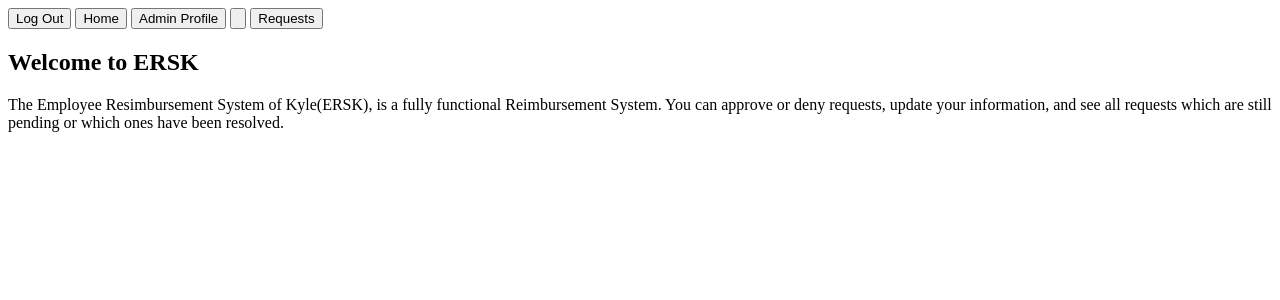
Repository: 1807-mehrab/project-1-KyleAButterfield
Page: ERSK/ERSK/src/main/webapp/ManagerHomePage.html
The author's editor kept a copy of each file at every save. The page is drawn from the files as they stood at one save, then again after the next save.
The browser window is 1280 px wide. The pictures show the whole page.

Above is the page before, as saved 2018-07-31 16:33:06.

### ERSK/ERSK/src/main/webapp/ManagerHomePage.html
<!DOCTYPE html>
<html>
<head>
<meta charset="ISO-8859-1">
<title>ERSK-Home Page</title>
	<div>
	<input type="button" onClick="AdminLogout()" value="Log Out">
	<input type="button" onClick="HomePage()" value="Home">
	 <input type="button" onClick ="GetInfo()" value="Admin Profile">
	 <input type="button" onClick="GetAllEmployees()" value "List Employees">
	<input type="button" onClick="LoadAdminRequestPage()" value="Requests">
	</div>
	<script src="Adminfunctions.js"></script>
</head>
<body>
	<div id="body">
	<h2>Welcome to ERSK</h2>
	<p>The Employee Resimbursement System of Kyle(ERSK), is a fully functional Reimbursement System.
	 You can approve or deny requests, update your information,  and see all requests which are still pending
	 or which ones have been resolved.   </p>

	</div>
	<div id="lower">
	</div>

</body>

</html>

### ERSK/ERSK/src/main/webapp/Adminfunctions.js
function login(){
	let xhr = new XMLHttpRequest();
	xhr.onreadystatechange = function(){
		if(this.readyState == 4 && this.status == 200){
			let result = JSON.parse(xhr.responseText).result;
			window.location = "http//localhost:8888/ERSK/EmployeeHomePage.html";
		}
	}
	let username = document.getElementById("username").elements.item(0).value;
	let password = document.getElementById("password").elements.item(1).value;
	xhr.open('POST', 'http://localhost:8888/ERSK/Login');
	let json = JSON.stringify({
		username : username,
		pasword : password
	});
	xhr.send(json);
}
function AdminLogout(){
	window.location = 'http://localhost:8888/ERSK/adminLogout';

}

function ViewAllEmployees(){
	let xhr = new XMLHttpRequest();
	xhr.onreadystatechange = function(){
		if(this.readyState == 4 && this.status == 200){
			let result = JSON.parse(xhr.responseText);
			let employees = result[0];
			let managers = result[1];
			console.log(employees);
			console.log(managers);
		}
	}
	xhr.open('POST','http://localhost:8888/ERSK/getAllEmployees');
	xhr.send();
}

function GetInfo(){
	let xhr = new XMLHttpRequest();
	xhr.onreadystatechange = function(){
		if(this.readyState == 4 && this.status == 200){
			let result = JSON.parse(xhr.responseText);
			let address = result.address;
			let phone = result.phone;
			document.getElementById('body').innerHTML=`
			<H1> This is your info </H1>
			<p>Address `+address+`</p>
			<p>Phone -`+phone+ `</p>
			<div>
			<input type="button" onClick="ToUpdateInfo()" value="Update Info">
			</div>`

		}
	}
	xhr.open('POST', 'http://localhost:8888/ERSK/getAdminInfo');
	xhr.send();

}
function ToUpdateInfo(){
	document.getElementById('body').innerHTML=`
		<H1>Please Update your information.
		 Only put numerical values for your phone number</H2>
		 <form id="infoForm">
		 <label>Address</label>
		<input type="text" name ="address">
		<br>
		<label>Phone</label>
		<input type="number" name="phone number">
		<div>
			<input type="button" onClick="UpdateInfo()" value="Update Info">
		</div>
		</form>`
}
function UpdateInfo(){
	let xhr = new XMLHttpRequest();
	xhr.onreadystatechange = function(){
	if(this.readyState == 4 && this.status == 200){
		GetInfo();
		}
	}
	let address = document.getElementById('infoForm').elements.item(0).value;
	let phone = document.getElementById('infoForm').elements.item(1).value;
	let json = JSON.stringify({
		address : address,
		phone : phone,
		adminID: 0
	});
	xhr.open('POST', 'http://localhost:8888/ERSK/updateAdminInfo')
	xhr.send(json);
}
function HomePage(){
	document.getElementById('body').innerHTML=`
	<h2>Welcome to ERSK</h2>
	<p>The Employee Resimbursement System of Kyle(ERSK), is a fully function Reimbursement System.
	 You can add requests, update your information, upload an image to your requests and see which are still pending
	 or which ones have been resolved.   </p>`
}

function LoadAdminRequestPage(){
	document.getElementById('body').innerHTML = `
	<h3>From here you can view all requests of every user, all pending, denied or resolved requests.
	For look up requests based off of an Employees ID</h3>
	<div>
	   <input type="button" onClick="LoadAllRequests()" value="View All">
	   <input type="button" onClick="LoadAllPendingRequests()" value="View Pending">
	   <input type="button" onClick="LoadAllDeniedRequests()" value="View Denied">
       <input type="button" onClick="LoadAllResolvedRequests()" value="View Resolved">
	   <input type="button" onClick="SearchSpecific()" value="Search By ID">
	</div>`;
}

function LoadAllRequests(){
	let xhr = new XMLHttpRequest();
	xhr.onreadystatechange = function(){
		if (this.readyState == 4 && this.status == 200) {
			 var ticketlist = ``;
	           var tickets = JSON.parse(xhr.responseText);
	           //console.log(ticket[1]);

	           // this is not working into a table.
	           for (var i=0; i<tickets.length; i++) {
	        	   let json = JSON.stringify({
	        			requestID : tickets[i].requestID,
	        			description : tickets[i].description,
	        			amount : tickets[i].amount,
	        			status : tickets[i].status,
	        			userId : tickets[i].userId
	        		});
	        	   if(tickets[i].status === "Pending"){

	        		   ticketlist += `
			               <tr>
			                   <td>${tickets[i].requestID}</td>
			                   <td>${tickets[i].description}</td>
			                   <td>$ ${tickets[i].amount}</td>
			                   <td>${tickets[i].status}</td>
			                   <td>${tickets[i].userId}</td>
			                   <td><button type="button" onClick='TakeAction(${json})'>Take Action</button></td>
			               </tr>`;
	        	   }else{
	        		   ticketlist += `
	    	               <tr>
	    	                   <td>`+tickets[i].requestID+`</td>
	    	                   <td>`+tickets[i].description+`</td>
	    	                   <td>$ `+tickets[i].amount+`</td>
	    	                   <td>`+tickets[i].status+`</td>
	    	                   <td>`+tickets[i].userId+`</td>
	    	               </tr>`;
	        	   }
	           }
	           document.getElementById('body').innerHTML =
	           `<table class="table table-striped">
	               <caption>Your Reimbursements Requests:</caption>
	               <thead>
	                   <th>Request Id</th>
	                   <th>Description</th>
	                   <th>Amount</th>
	                   <th>Status</th>
	                   <th>User Id</th>
	                   <th>Action</th>
	                   <th>Image</th>
	               </thead>
	               <tbody>`
	               +ticketlist+
	               `</tbody>
	           </table>
	           	<div>
	               <input type="button" onClick="LoadAllRequests()" value="View All">
	               <input type="button" onClick="LoadAllPendingRequests()" value="View Pending">
	               <input type="button" onClick="LoadAllDeniedRequests()" value="View Denied">
	               <input type="button" onClick="LoadAllResolvedRequests()" value="View Resolved">
	               <input type="button" onClick="SearchSpecific()" value="Search By ID">
	            </div>`;
		}

	}
	xhr.open('POST','http://localhost:8888/ERSK/getEveryRequest');
	xhr.send();
}

function LoadAllPendingRequests(){
	let xhr = new XMLHttpRequest();
	xhr.onreadystatechange = function(){
		if (this.readyState == 4 && this.status == 200) {
			 var ticketlist = ``;
	           var tickets = JSON.parse(xhr.responseText);
	           //console.log(ticket[1]);

	           // this is not working into a table.
	           for (var i=0; i<tickets.length; i++) {
	        	   let json = JSON.stringify({
	        			requestID : tickets[i].requestID,
	        			description : tickets[i].description,
	        			amount : tickets[i].amount,
	        			status : tickets[i].status,
	        			userId : tickets[i].userId
	        		});

		        	   ticketlist += `
			               <tr>
			                   <td>${tickets[i].requestID}</td>
			                   <td>${tickets[i].description}</td>
			                   <td>$ ${tickets[i].amount}</td>
			                   <td>${tickets[i].status}</td>
			                   <td>${tickets[i].userId}</td>
			                   <td><button type="button" onClick='TakeAction(${json})'>Take Action</button></td>
			               </tr>`;



	           }
	           document.getElementById('body').innerHTML =
	           `<table class="table table-striped">
	               <caption>Your Reimbursements Requests:</caption>
	               <thead>
	        	   	   <th>Request Id</th>
	                   <th>Description</th>
	                   <th>Amount</th>
	                   <th>Status</th>
	                   <th>User Id</th>
	                   <th>Image</th>
	               </thead>
	               <tbody>`
	               +ticketlist+
	               `</tbody>
	           </table>
	           	<div>
	               <input type="button" onClick="LoadAllRequests()" value="View All">
	               <input type="button" onClick="LoadAllPendingRequests()" value="View Pending">
	               <input type="button" onClick="LoadAllDeniedRequests()" value="View Denied">
	               <input type="button" onClick="LoadAllResolvedRequests()" value="View Resolved">
	               <input type="button" onClick="SearchSpecific()" value="Search By ID">
	            </div>`;
		}

	}
	xhr.open('POST','http://localhost:8888/ERSK/getEveryPendingRequest');
	xhr.send();
}

function LoadAllDeniedRequests(){
	let xhr = new XMLHttpRequest();
	xhr.onreadystatechange = function(){
		if (this.readyState == 4 && this.status == 200) {
			 var ticketlist = ``;
	           var tickets = JSON.parse(xhr.responseText);
	           //console.log(ticket[1]);

	           // this is not working into a table.
	           for (var i=0; i<tickets.length; i++) {
	               ticketlist += `
	               <tr>
	                   <td>`+tickets[i].requestID+`</td>
	                   <td>`+tickets[i].description+`</td>
	                   <td>$ `+tickets[i].amount+`</td>
	                   <td>`+tickets[i].status+`</td>
	                   <td>`+tickets[i].userId+`</td>
	               </tr>`;
	                console.log(tickets[i]);
	           }
	           document.getElementById('body').innerHTML =
	           `<table class="table table-striped">
	               <caption>Your Reimbursements Requests:</caption>
	               <thead>
	                   <th>Request Id</th>
	                   <th>Description</th>
	                   <th>Amount</th>
	                   <th>Status</th>
	                   <th>User Id</th>
	                   <th>Image</th>
	               </thead>
	               <tbody>`
	               +ticketlist+
	               `</tbody>
	           </table>
	           	<div>
	               <input type="button" onClick="LoadAllRequests()" value="View All">
	               <input type="button" onClick="LoadAllPendingRequests()" value="View Pending">
	               <input type="button" onClick="LoadAllDeniedRequests()" value="View Denied">
	               <input type="button" onClick="LoadAllResolvedRequests()" value="View Resolved">
	               <input type="button" onClick="SearchSpecific()" value="Search By ID">
	            </div>`;
		}

	}
	xhr.open('POST','http://localhost:8888/ERSK/getEveryDeniedRequest');
	xhr.send();
}

function LoadAllResolvedRequests(){
	let xhr = new XMLHttpRequest();
	xhr.onreadystatechange = function(){
		if (this.readyState == 4 && this.status == 200) {
			 var ticketlist = ``;
	           var tickets = JSON.parse(xhr.responseText);
	           //console.log(ticket[1]);

	           // this is not working into a table.
	           for (var i=0; i<tickets.length; i++) {
	               ticketlist += `
	               <tr>
	                   <td>`+tickets[i].requestID+`</td>
	                   <td>`+tickets[i].description+`</td>
	                   <td>$ `+tickets[i].amount+`</td>
	                   <td>`+tickets[i].status+`</td>
	                   <td>`+tickets[i].userId+`</td>
	               </tr>`;
	                console.log(tickets[i]);
	           }
	           document.getElementById('body').innerHTML =
	           `<table class="table table-striped">
	               <caption>Your Reimbursements Requests:</caption>
	               <thead>
	                   <th>Request Id</th>
	                   <th>Description</th>
	                   <th>Amount</th>
	                   <th>Status</th>
	                   <th>User Id</th>
	                   <th>Image</th>
	               </thead>
	               <tbody>`
	               +ticketlist+
	               `</tbody>
	           </table>
	           	<div>
	               <input type="button" onClick="LoadAllRequests()" value="View All">
	               <input type="button" onClick="LoadAllPendingRequests()" value="View Pending">
	               <input type="button" onClick="LoadAllDeniedRequests()" value="View Denied">
	               <input type="button" onClick="LoadAllResolvedRequests()" value="View Resolved">
	               <input type="button" onClick="SearchSpecific()" value="Search By ID">
	            </div>`;
		}

	}
	xhr.open('POST','http://localhost:8888/ERSK/getEveryResolvedRequest');
	xhr.send();
}



function SearchSpecific(){
	document.getElementById('body').innerHTML =`
		 <form id="searchForm">
		 <label>Users Id</label>
		<input type="number" id="usersId">

		<div>
			<input type="button" onClick="PassUserIDAll()" value="View All">
			<input type="button" onClick="PassUserIDAllPending()" value="View Pending">
			<input type="button" onClick="PassUserIDAllDenied()" value="View Denied">
			<input type="button" onClick="PassUserIDAllResolved()" value="View Resolved">
		</div>
		</form>
	`;
}

function PassUserIDAll(){
	let userId = document.getElementById("searchForm").elements.item(0).value;
	LoadUsersRequests(userId);
}

function LoadUsersRequests(usersId){
	let xhr = new XMLHttpRequest();
	xhr.onreadystatechange = function(){
		if (this.readyState == 4 && this.status == 200) {
			 var ticketlist = ``;
	           var tickets = JSON.parse(xhr.responseText);
	           //console.log(ticket[1]);

	           // this is not working into a table.
	           for (var i=0; i<tickets.length; i++) {
	               ticketlist += `
	               <tr>
	                   <td>`+tickets[i].requestID+`</td>
	                   <td>`+tickets[i].description+`</td>
	                   <td>$ `+tickets[i].amount+`</td>
	                   <td>`+tickets[i].status+`</td>
	               </tr>`;
	                console.log(tickets[i]);
	           }
	           document.getElementById('body').innerHTML =
	           `<table class="table table-striped">
	               <caption>Your Reimbursements Requests:</caption>
	               <thead>
	                   <th>Request Id</th>
	                   <th>Description</th>
	                   <th>Amount</th>
	                   <th>Status</th>
	                   <th>Image</th>
	               </thead>
	               <tbody>`
	               +ticketlist+
	               `</tbody>
	           </table>
	           <div>
	               <input type="button" onClick="SearchSpecific()" value="Search By ID">
	           </div>`;
		}
	}


	xhr.open('POST','http://localhost:8888/ERSK/getAllRequestsForAdmin');
	xhr.send(usersId);
}

function PassUserIDAllPending(){
	let userId = document.getElementById("searchForm").elements.item(0).value;
	LoadUserPendingRequests(userId);
}
function LoadUserPendingRequests(userId){
	let xhr = new XMLHttpRequest();
	xhr.onreadystatechange = function(){
		if (this.readyState == 4 && this.status == 200) {
			 var ticketlist = ``;
	           var tickets = JSON.parse(xhr.responseText);
	           for (var i=0; i<tickets.length; i++) {
	        	   let json = JSON.stringify({
	        			requestID : tickets[i].requestID,
	        			description : tickets[i].description,
	        			amount : tickets[i].amount,
	        			status : tickets[i].status,
	        			userId : tickets[i].userId
	        		});
	        	   ticketlist += `
	               <tr>
	                   <td>${tickets[i].requestID}</td>
	                   <td>${tickets[i].description}</td>
	                   <td>$ ${tickets[i].amount}</td>
	                   <td>${tickets[i].status}</td>
	                   <td>${tickets[i].userId}</td>
	                   <td><button type="button" onClick='TakeAction(${json})'>Take Action</button></td>
	               </tr>`;


	           }
	           //+tickets[i].requestID+`, `+tickets[i].description+`, `+tickets[i].amount+
	           document.getElementById('body').innerHTML =
	           `<table class="table table-striped">
	               <caption>Your Reimbursements Requests:</caption>
	               <thead>
	                   <th>Request Id</th>
	                   <th>Description</th>
	                   <th>Amount</th>
	                   <th>Status</th>
	                   <th>User Id</th>
	                   <th>Action</th>
	                   <th>Image</th>
	               </thead>
	               <tbody>`
	               +ticketlist+
	               `</tbody>
	           </table>
	           <div>
	               <input type="button" onClick="SearchSpecific()" value="Search By ID">
	           </div>`;
		}
	}
	xhr.open('POST','http://localhost:8888/ERSK/getAllPendingRequestsForAdmin');
	xhr.send(userId);
}

function TakeAction(ticket){

	document.getElementById('body').innerHTML = `
	<h4>Request ID: ${ticket.requestID}</h4>
	<h4>Description: ${ticket.description}</h4>
	<h4>Amount: ${ticket.amount}</h4>
	<h4>User ID: ${ticket.userId}</h4>
	<input type="button" onClick="DenyRequest(${ticket.requestID})" value="Deny Request">
	<input type="button" onClick="ApproveRequest(${ticket.requestID})" value="Approve Request">
	`;
}

function DenyRequest(requestId){
	let xhr = new XMLHttpRequest();
	xhr.onreadystatechange = function(){
		if (this.readyState == 4 && this.status == 200) {
			LoadAllDeniedRequests();
		}
	}
	xhr.open('POST','http://localhost:8888/ERSK/denyRequest');
	xhr.send(requestId);
}

function ApproveRequest(requestId){
	let xhr = new XMLHttpRequest();
	xhr.onreadystatechange = function(){
		if (this.readyState == 4 && this.status == 200) {
			LoadAllResolvedRequests()
		}
	}
	xhr.open('POST','http://localhost:8888/ERSK/approveRequest');
	xhr.send(requestId);
}

function PassUserIDAllDenied(){
	let userId = document.getElementById("searchForm").elements.item(0).value;
	LoadUserDeniedRequests(userId);
}

function LoadUserDeniedRequests(userId){
	let xhr = new XMLHttpRequest();
	xhr.onreadystatechange = function(){
		if (this.readyState == 4 && this.status == 200) {
			 var ticketlist = ``;
	           var tickets = JSON.parse(xhr.responseText);
	           //console.log(ticket[1]);

	           // this is not working into a table.
	           for (var i=0; i<tickets.length; i++) {
	               ticketlist += `
	               <tr>
	                   <td>`+tickets[i].requestID+`</td>
	                   <td>`+tickets[i].description+`</td>
	                   <td>$ `+tickets[i].amount+`</td>
	                   <td>`+tickets[i].status+`</td>
	               </tr>`;
	                console.log(tickets[i]);
	           }
	           document.getElementById('body').innerHTML =
	           `<table class="table table-striped">
	               <caption>Your Reimbursements Requests:</caption>
	               <thead>
	                   <th>Request Id</th>
	                   <th>Description</th>
	                   <th>Amount</th>
	                   <th>Status</th>
	                   <th>Image</th>
	               </thead>
	               <tbody>`
	               +ticketlist+
	               `</tbody>
	           </table>
	           <div>
	               <input type="button" onClick="SearchSpecific()" value="Search By ID">
	           </div>`;
		}
	}
	xhr.open('POST','http://localhost:8888/ERSK/getAllDeniedRequestsForAdmin');
	xhr.send(userId);
}
function PassUserIDAllResolved(){
	let userId = document.getElementById("searchForm").elements.item(0).value;
	LoadUserResolvedRequests(userId);
}
function LoadUserResolvedRequests(userId){
	let xhr = new XMLHttpRequest();
	xhr.onreadystatechange = function(){
		if (this.readyState == 4 && this.status == 200) {
			 var ticketlist = ``;
	           var tickets = JSON.parse(xhr.responseText);
	           //console.log(ticket[1]);

	           // this is not working into a table.
	           for (var i=0; i<tickets.length; i++) {
	               ticketlist += `
	               <tr>
	                   <td>`+tickets[i].requestID+`</td>
	                   <td>`+tickets[i].description+`</td>
	                   <td>$ `+tickets[i].amount+`</td>
	                   <td>`+tickets[i].status+`</td>
	               </tr>`;
	                console.log(tickets[i]);
	           }
	           document.getElementById('body').innerHTML =
	           `<table class="table table-striped">
	               <caption>Your Reimbursements Requests:</caption>
	               <thead>
	                   <th>Request Id</th>
	                   <th>Description</th>
	                   <th>Amount</th>
	                   <th>Status</th>
	                   <th>Image</th>
	               </thead>
	               <tbody>`
	               +ticketlist+
	               `</tbody>
	           </table>
	           <div>
	              <input type="button" onClick="SearchSpecific()" value="Search By ID">
	           </div>`;
		}
	}
	xhr.open('POST','http://localhost:8888/ERSK/getAllResolvedRequestsForAdmin');
	xhr.send(userId);
}

function NewRequests(){
	document.getElementById('body').innerHTML=`
	 <form id="requestForm">
		 <label>Description</label>
		<input type="text" name ="description">
		<br>
		<label>Amount</label>
		<input type="number" name="amount">
		<br>
		<div>
			<input type="button" onClick="SubmitRequest()" value="Submit Request">
		</div>
		</form>`;
}

function SubmitRequest(){
	let xhr = new XMLHttpRequest();
	xhr.onreadystatechange = function(){
		if (this.readyState == 4 && this.status == 200) {
			LoadUsersRequests();
		}
	}
	let description = document.getElementById('requestForm').elements.item(0).value;
	let amount = document.getElementById('requestForm').elements.item(1).value;
	let json = JSON.stringify({
		requestID : 0,
		description : description,
		status : 'Pending',
		amount : amount,
		userId : 0
	});
	xhr.open('POST','http://localhost:8888/ERSK/submitRequest');
	xhr.send(json);
}

After the next save:
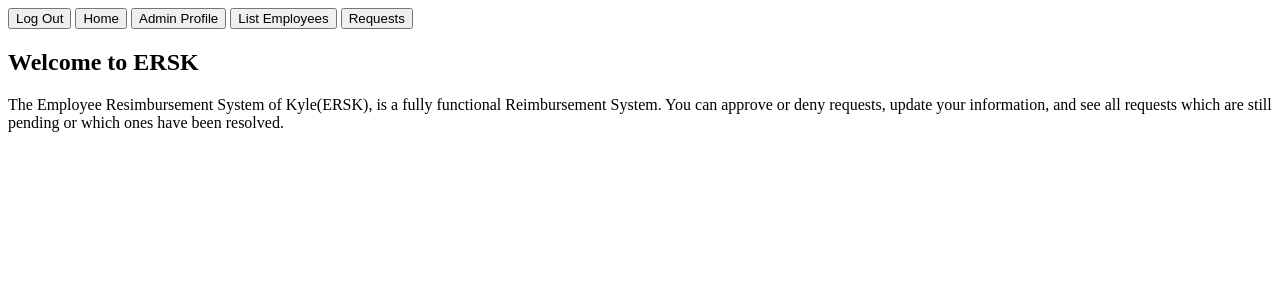
Saved 39 s later.
--- a/ERSK/ERSK/src/main/webapp/ManagerHomePage.html
+++ b/ERSK/ERSK/src/main/webapp/ManagerHomePage.html
@@ -7,7 +7,7 @@
 	<input type="button" onClick="AdminLogout()" value="Log Out">
 	<input type="button" onClick="HomePage()" value="Home">
 	 <input type="button" onClick ="GetInfo()" value="Admin Profile">
-	 <input type="button" onClick="GetAllEmployees()" value "List Employees">
+	 <input type="button" onClick="GetAllEmployees()" value="List Employees">
 	<input type="button" onClick="LoadAdminRequestPage()" value="Requests">
 	</div>
 	<script src="Adminfunctions.js"></script>
